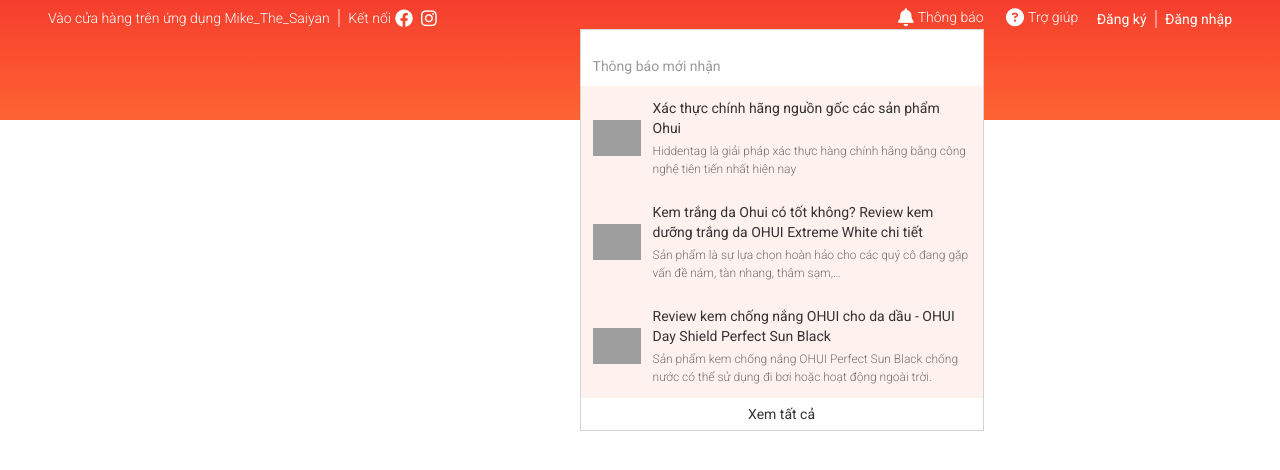
Repository: thefellowshiplotr/project_shopee
Page: index.html
These files come from the project's save history. The page is drawn as it stood at one moment and after the next save; the edit follows.
The browser window is 1280 px wide. The pictures show the whole page.
Pictures or frames that could not be fetched are drawn as grey boxes.

Above is the page before, as saved 2022-11-07 11:41:08.

### index.html
<!DOCTYPE html>
<html lang="en">
  <head>
    <meta charset="UTF-8" />
    <meta http-equiv="X-UA-Compatible" content="IE=edge" />
    <meta name="viewport" content="width=device-width, initial-scale=1.0" />
    <title>Shopee</title>
    <link
      rel="stylesheet"
      href="https://cdnjs.cloudflare.com/ajax/libs/normalize/8.0.1/normalize.min.css"
      integrity="sha512-NhSC1YmyruXifcj/KFRWoC561YpHpc5Jtzgvbuzx5VozKpWvQ+4nXhPdFgmx8xqexRcpAglTj9sIBWINXa8x5w=="
      crossorigin="anonymous"
      referrerpolicy="no-referrer"
    />
    <link rel="preconnect" href="https://fonts.googleapis.com" />
    <link rel="preconnect" href="https://fonts.gstatic.com" crossorigin />
    <link
      href="https://fonts.googleapis.com/css2?family=Roboto:wght@300;400;500;700&display=swap"
      rel="stylesheet"
    />
    <link rel="stylesheet" href="./assets/css/base.css" />
    <link rel="stylesheet" href="./assets/css/main.css" />
    <link
      rel="stylesheet"
      href="./assets/fonts/fontawesome-free-6.2.0-web/fontawesome-free-6.2.0-web/css/all.min.css"
    />
  </head>
  <body>
    <div class="wrapper">
      <header class="header">
        <div class="grid">
          <nav class="header__navbar">
            <ul class="header__navbar-list">
              <li
                class="header__navbar-item header__navbar-item-has-qr header__navbar-item--separate"
              >
                Vào cửa hàng trên ứng dụng Mike_The_Saiyan

                <!-- Header QR -->
                <div class="header__qr">
                  <img
                    src="./assets/img/QR-shopee.png"
                    alt="QR code"
                    class="header__qr-img"
                  />
                  <div class="header__qr-apps">
                    <a href="" class="header__qr-link">
                      <img
                        src="./assets/img/appstore.png"
                        alt="Appstore"
                        class="header__qr-download-img"
                      />
                    </a>
                    <a href="" class="header__qr-link">
                      <img
                        src="./assets/img/google-play.png"
                        alt="Google Play"
                        class="header__qr-download-img"
                      />
                    </a>
                    <!-- <a href="" class="header__qr-link">
                      <img
                        src="./assets/img/app-galery.png"
                        alt="App Galary"
                        class="header__qr-download-img"
                      />
                    </a> -->
                  </div>
                </div>
              </li>
              <li class="header__navbar-item">
                <span class="header__navbar-title--no-pointer">Kết nối</span>
                <a href="" class="header__navbar-icon-link"
                  ><i class="header__navbar-icon fa-brands fa-facebook"></i
                ></a>
                <a href="" class="header__navbar-icon-link"
                  ><i class="header__navbar-icon fa-brands fa-instagram"></i
                ></a>
              </li>
            </ul>
            <ul class="header__navbar-list">
              <li class="header__navbar-item header__navbar-item--has-notify">
                <a href="" class="header__navbar-item-link">
                  <i class="header__navbar-icon fa-solid fa-bell"></i>
                  Thông báo
                </a>
                <div class="header__notify">
                  <header class="header__notify-header">
                    <h3>Thông báo mới nhận</h3>
                  </header>
                  <ul class="header__notify-list">
                    <li class="header__notify-item header__notify-item--viewed">
                      <a href="" class="header__notify-link">
                        <img
                          src="https://cdn.abphotos.link/photos/resized/200x120/83-1625652146-myphamohui-lgvina.png"
                          alt=""
                          class="header__notify-img"
                        />
                        <div class="header__notify-info">
                          <span class="header__notify-name"
                            >Xác thực chính hãng nguồn gốc các sản phẩm
                            Ohui</span
                          >
                          <span class="header__notify-description"
                            >Hiddentag là giải pháp xác thực hàng chính hãng
                            bằng công nghệ tiên tiến nhất hiện nay</span
                          >
                        </div>
                      </a>
                    </li>
                    <li class="header__notify-item header__notify-item--viewed">
                      <a href="" class="header__notify-link">
                        <img
                          src="https://cdn.abphotos.link/photos/resized/200x120/1653708536-php4dvzf5.png"
                          alt=""
                          class="header__notify-img"
                        />
                        <div class="header__notify-info">
                          <span class="header__notify-name"
                            >Kem trắng da Ohui có tốt không? Review kem dưỡng
                            trắng da OHUI Extreme White chi tiết</span
                          >
                          <span class="header__notify-description"
                            >Sản phẩm là sự lựa chọn hoàn hảo cho các quý cô
                            đang gặp vấn đề nám, tàn nhang, thâm sạm,…</span
                          >
                        </div>
                      </a>
                    </li>
                    <li class="header__notify-item header__notify-item--viewed">
                      <a href="" class="header__notify-link">
                        <img
                          src="https://cdn.abphotos.link/photos/resized/200x120/1653706577-phpmugy75.png"
                          alt=""
                          class="header__notify-img"
                        />
                        <div class="header__notify-info">
                          <span class="header__notify-name"
                            >Review kem chống nắng OHUI cho da dầu - OHUI Day
                            Shield Perfect Sun Black</span
                          >
                          <span class="header__notify-description"
                            >Sản phẩm kem chống nắng OHUI Perfect Sun Black
                            chống nước có thể sử dụng đi bơi hoặc hoạt động
                            ngoài trời.</span
                          >
                        </div>
                      </a>
                    </li>
                  </ul>
                  <footer class="header__notify-footer">
                    <a href="" class="header__notify-footer-btn">Xem tất cả</a>
                  </footer>
                </div>
              </li>
              <li class="header__navbar-item">
                <a href="" class="header__navbar-item-link">
                  <i
                    class="header__navbar-icon fa-solid fa-circle-question"
                  ></i>
                  Trợ giúp
                </a>
              </li>
              <li
                class="header__navbar-item header__navbar-item--strong header__navbar-item--separate"
              >
                Đăng ký
              </li>
              <li class="header__navbar-item header__navbar-item--strong">
                Đăng nhập
              </li>
            </ul>
          </nav>
        </div>
      </header>

      <div class="container"></div>

      <footer class="footer"></footer>
    </div>
  </body>
</html>

### assets/css/base.css
:root {
  --primary-color: #ee4d2d;
  --white-color: #fff;
  --black-color: #000;
  --text-color: #333;
}

* {
  box-sizing: inherit;
}

html {
  font-size: 62.5%; /* Sử dụng kĩ thuật HACK*/
  line-height: 1.6rem;
  font-family: "Roboto", sans-serif;
  box-sizing: border-box;
}

.grid {
  width: 1200px;
  max-width: 100%;
  margin: 0 auto;
}

.grid__full-width {
  width: 100%;
}

.grid__row {
  display: flex;
  flex-wrap: wrap;
}

/* Animation */
@keyframes fadeIn {
  from {
    opacity: 0;
  }
  to {
    opacity: 1;
  }
}

### assets/css/main.css
.header {
  height: 120px;
  background-image: linear-gradient(0, #fe6433, #f53e2d);
}

.header__navbar {
  display: flex;
  justify-content: space-between;
  align-items: center;
}

.header__navbar-list {
  list-style: none;
  padding-left: 0;
  margin-top: 4px;
}

.header__navbar-item {
  margin: 0 8px;
  position: relative;
  min-height: 25px;
}

.header__navbar-item-has-qr:hover .header__qr {
  display: block;
}

.header__navbar-item--has-notify:hover .header__notify {
  display: block;
}

.header__navbar-item,
.header__navbar-item-link {
  display: inline-block;
  font-size: 1.4rem;
  color: var(--white-color);
  text-decoration: none;
  font-weight: 300;
}

.header__navbar-item,
.header__navbar-item-link,
.header__navbar-icon-link {
  display: inline-flex;
  align-items: center;
}

.header__navbar-item:hover,
.header__navbar-item-link:hover,
.header__navbar-icon-link:hover {
  cursor: pointer;
  color: rgba(255, 255, 255, 0.7);
}

.header__navbar-item--strong {
  font-weight: 400;
}

.header__navbar-item--separate::after {
  content: "";
  display: block;
  position: absolute;
  border: 1px solid #fb9086;
  height: 16px;
  right: -10px;
  top: 50%;
  transform: translateY(-50%);
}

.header__navbar-icon-link {
  color: var(--white-color);
  text-decoration: none;
}

.header__navbar-icon {
  font-size: 1.8rem;
  margin: 0 4px;
}

.header__navbar-title--no-pointer {
  cursor: text;
  color: var(--white-color);
}

/* Header QR code*/
.header__qr {
  width: 186px;
  background-color: var(--white-color);
  position: absolute;
  left: 0;
  top: 118%; /* làm cho nó cao bằng 100% chiều cao của thằng chứa nó*/
  padding: 8px;
  border-radius: 2px;
  display: none;
  animation: fadeIn ease-in 0.4s;
}

.header__qr::before {
  position: absolute;
  left: 0;
  top: -16px;
  width: 100%;
  height: 20px;
  content: "";
  display: block;
}

.header__qr-img {
  width: 100%;
}

.header__qr-apps {
  display: flex;
  justify-content: space-between;
  flex-wrap: wrap;
  margin-top: 5px;
}

.header__qr-link:nth-child(1) {
  margin-left: 9px;
}

.header__qr-link:nth-child(2) {
  margin-right: 9px;
}
.header__qr-link:nth-child(3) {
  margin-left: 8px;
  margin-top: 8px;
}

.header__qr-download-img {
  height: 16px;
}

/* header notification */

.header__notify {
  position: absolute;
  top: 100%;
  width: 404px;
  right: 0;
  border: 1px solid #d3d3d3;
  background-color: var(--white-color);
  cursor: default;
  transform-origin: calc(100% - 20px) top;
  animation: headerNotifyGrowth ease-in 0.2s;
  /* display: none; */
}

.header__notify::before {
  content: "";
  border: 20px solid;
  border-color: transparent transparent var(--white-color) transparent;
}

@keyframes headerNotifyGrowth {
  from {
    opacity: 0;
    transform: scale(0);
  }
  to {
    opacity: 1;
    transform: scale(1);
  }
}

.header__notify-header {
  height: 40px;
  background-color: var(--white-color);
}

.header__notify-header h3 {
  color: #999;
  margin: 0 0 0 12px;
  font-weight: 400;
  font-size: 1.4rem;
  line-height: 40px;
  user-select: none;
  -webkit-user-select: none;
}

.header__notify-list {
  padding-left: 0;
}

.header__notify-item {
  display: flex;
}

.header__notify-item:hover {
  background-color: #f7f7f7;
}

.header__notify-item--viewed {
  background-color: rgba(238, 75, 43, 0.08);
}

.header__notify-link {
  display: flex;
  width: 100%;
  padding: 12px;
  text-decoration: none;
}

.header__notify-img {
  width: 48px;
  object-fit: contain;
}

.header__notify-info {
  margin-left: 12px;
}

.header__notify-name {
  display: block;
  color: var(--text-color);
  font-size: 1.4rem;
  font-weight: 400;
  line-height: calc(2 / 1.4);
}

.header__notify-description {
  display: block;
  font-size: 1.2rem;
  line-height: calc(1.8 / 1.2);
  color: #756f6e;
  margin-top: 4px;
}

.header__notify-footer {
  display: flex;
}

.header__notify-footer-btn {
  text-decoration: none;
  color: var(--text-color);
  width: 100%;
  padding: 8px 0;
  text-align: center;
  font-size: 1.4rem;
  font-weight: 400;
}

Loaded but not shown: assets/fonts/fontawesome-free-6.2.0-web/fontawesome-free-6.2.0-web/css/all.min.css (library)

After the next save:
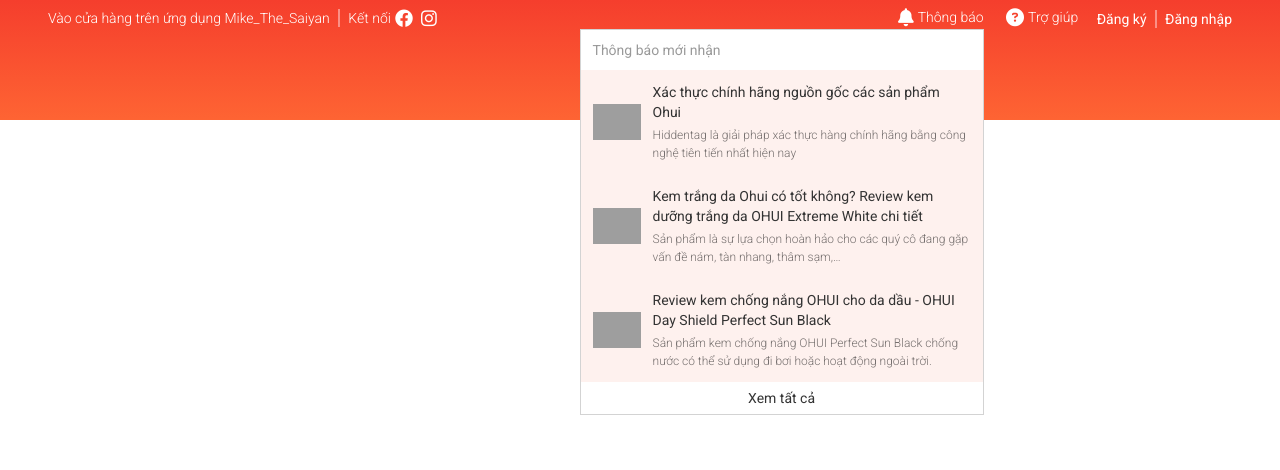
Saved 25 s later.
--- a/assets/css/main.css
+++ b/assets/css/main.css
@@ -151,6 +151,9 @@
   content: "";
   border: 20px solid;
   border-color: transparent transparent var(--white-color) transparent;
+  position: absolute;
+  right: 12px;
+  top: -20px;
 }
 
 @keyframes headerNotifyGrowth {
